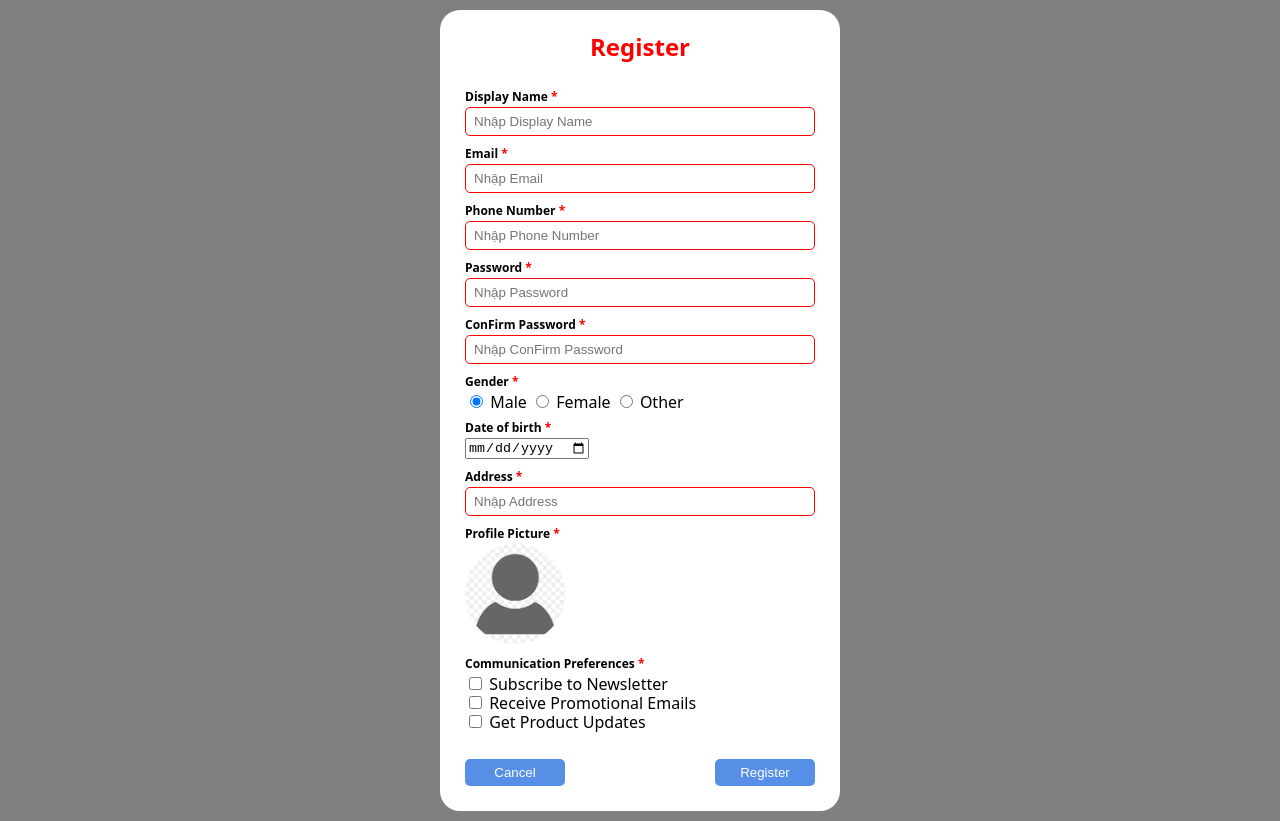
Repository: doanhieu0707/Homework-Day-5
Page: form-interactive.html
These files come from the project's save history. The page is drawn as it stood at one moment and after the next save; the edit follows.
The browser window is 1280 px wide. The pictures show the whole page.

Above is the page before, as saved 2026-04-02 14:50:49.

### form-interactive.html
<!doctype html>
<html lang="en">
    <head>
        <meta charset="UTF-8" />
        <meta name="viewport" content="width=device-width, initial-scale=1.0" />
        <link rel="stylesheet" href="./css/reset.css" />
        <link rel="stylesheet" href="./css/style.css" />
        <title>Register</title>
    </head>
    <body>
        <form action="" class="form">
            <h1 class="form-heading">Register</h1>
            <div class="form-group">
                <label for="display-name" class="form-label"
                    >Display Name</label
                >
                <input
                    class="form-input"
                    type="text"
                    id="display-name"
                    placeholder="Nhập Display Name"
                    required
                />
            </div>
            <div class="form-group">
                <label for="email" class="form-label">Email</label>
                <input
                    class="form-input"
                    type="email"
                    id="email"
                    placeholder="Nhập Email"
                    required
                />
            </div>
            <div class="form-group">
                <label for="phone-number" class="form-label"
                    >Phone Number</label
                >
                <input
                    class="form-input"
                    type="phone"
                    id="phone-number"
                    placeholder="Nhập Phone Number"
                    required
                />
            </div>
            <div class="form-group">
                <label for="password" class="form-label">Password</label>
                <input
                    class="form-input"
                    type="password"
                    id="password"
                    placeholder="Nhập Password"
                    required
                />
            </div>
            <div class="form-group">
                <label for="confirm-password" class="form-label"
                    >ConFirm Password</label
                >
                <input
                    class="form-input"
                    type="password"
                    id="confirm-password"
                    placeholder="Nhập ConFirm Password"
                    required
                />
            </div>
            <div class="form-group">
                <label class="form-label">Gender</label>
                <label>
                    <input type="radio" name="gender" value="male" checked/>
                    Male
                </label>
                <label>
                    <input type="radio" name="gender" value="female"/> Female
                </label>
                <label>
                    <input type="radio" name="gender" value="other"/> Other
                </label>
            </div>
            <div class="form-group">
                <label for="date-of-birth" class="form-label">
                    Date of birth
                </label>
                <input type="date" id="date-of-birth" />
            </div>
            <div class="form-group">
                <label for="address" class="form-label">Address</label>
                <input
                    class="form-input"
                    type="text"
                    id="address"
                    placeholder="Nhập Address"
                    required
                />
            </div>
            <div class="form-group">
                <label for="profile-picture" class="form-label"
                    >Profile Picture</label
                >
                <label for="profile-picture" class="form-avatar">
                    <img src="./img/images.png" alt="avatar" class="avatar" />
                </label>
                <input type="file" id="profile-picture" hidden />
            </div>
            <div class="form-group">
                <label class="form-label">Communication Preferences</label>
                <div class="form-options">
                    <label>
                        <input type="checkbox" name="option" /> Subscribe to
                        Newsletter
                    </label>
                    <label>
                        <input type="checkbox" name="option" /> Receive
                        Promotional Emails
                    </label>
                    <label>
                        <input type="checkbox" name="option" /> Get Product
                        Updates
                    </label>
                </div>
            </div>
            <div class="form-group form-footer">
                <button class="btn">Cancel</button>
                <button class="btn">Register</button>
            </div>
        </form>
    </body>
</html>

### css/style.css
* {
    box-sizing: border-box;
}

body {
    background-color: gray;
    font-family:
        system-ui,
        -apple-system,
        BlinkMacSystemFont,
        "Segoe UI",
        Roboto,
        Oxygen,
        Ubuntu,
        Cantarell,
        "Fira Sans",
        "Droid Sans",
        "Helvetica Neue",
        sans-serif;
}

/* ===== Menu ===== */
.menu {
    display: flex;
    align-items: center;
    justify-content: center;
    padding: 0 45px;
    font-size: 0;
    background-color: #3e5cca;
}

.menu li {
    display: inline-block;
    position: relative;
}

.menu li::before {
    content: "";
    position: absolute;
    left: 0;
    top: 0;
    width: 1px;
    height: 100%;
    background-color: #2d4db7;
}

.menu li:first-child::before {
    display: none;
}

.menu li a {
    display: inline-block;
    color: white;
    font-size: 16px;
    padding: 21px;
    text-decoration: none;
}

.menu li a::before {
    content: "\25B6";
    margin-right: 6px;
    font-size: 10px;
}

.menu li:hover > a {
    background-color: pink;
    color: #3e5cca;
}

.menu li a:focus,
.menu li a:target {
    background-color: blueviolet;
    color: red;
}

/* ===== Form ===== */
.form {
    max-width: 400px;
    padding: 25px;
    margin: 10px auto;
    border-radius: 20px;
    background-color: #fff;
}

.form-heading {
    margin-bottom: 32px;
    text-align: center;
    font-size: 24px;
    font-weight: bold;
    color: red;
}

.form-label {
    display: block;
    margin: 12px 0 4px;
    font-weight: 600;
    font-size: 12px;
}

.form-label::after {
    content: " *";
    color: red;
}

.form-input {
    width: 100%;
    padding: 6px 8px;
    border: 1px solid gray;
    border-radius: 5px;
    outline: none;
}

.form-input:focus {
    border-color: blueviolet;
}

.form-input:invalid {
    border-color: red;
}

.avatar {
    width: 100px;
    height: 100px;
    cursor: pointer;
    border-radius: 50%;
}

.form-options label {
    display: block;
}

.form-footer {
    display: flex;
    margin-top: 28px;
    justify-content: space-between;
}

.btn {
    display: inline-block;
    padding: 6px 16px;
    border-radius: 5px;
    min-width: 100px;
    text-align: center;
    border: none;
    background: rgb(87, 142, 230);
    color: white;
    cursor: pointer;
}

.btn:hover {
    background: #3e5cca;
}

.btn:active {
    transform: scale(0.95);
}

/* =====  */

Loaded but not shown: css/reset.css (common file)

After the next save:
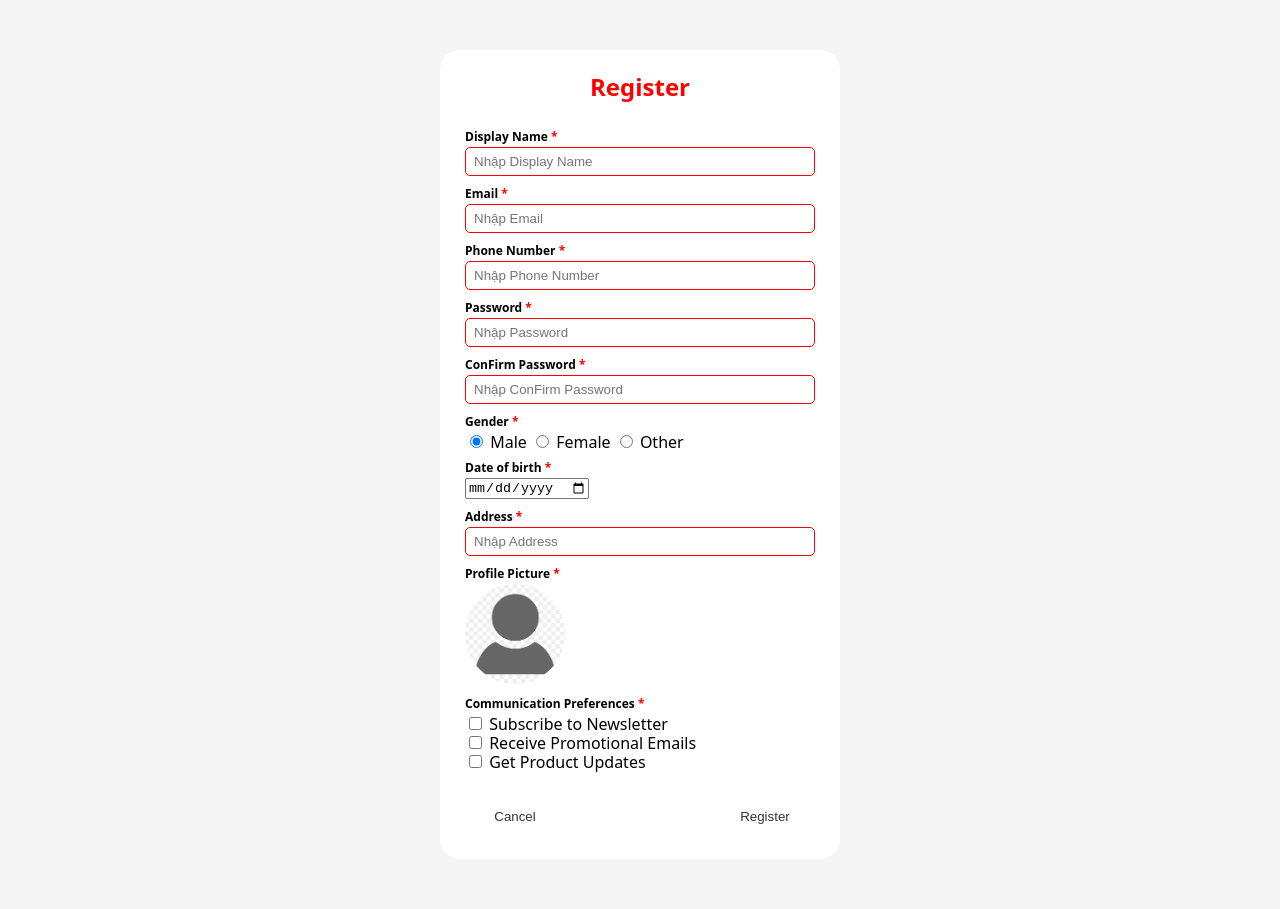
Saved 4 s later.
--- a/css/style.css
+++ b/css/style.css
@@ -156,3 +156,85 @@ body {
 }
 
 /* =====  */
+body {
+    background: #f5f5f5;
+    padding: 40px;
+}
+
+/* container */
+.pricing {
+    display: flex;
+    justify-content: center;
+    gap: 30px;
+}
+
+/* card */
+.pricing-item {
+    width: 260px;
+    padding: 30px 20px;
+    border-radius: 20px;
+    background: linear-gradient(135deg,#3f2bff,#5f5bff);
+    color: white;
+    text-align: center;
+    transition: 0.3s;
+}
+
+/* hover nổi lên */
+.pricing-item:hover {
+    transform: translateY(-10px);
+    box-shadow: 0 15px 30px rgba(0,0,0,0.2);
+}
+
+/* gói giữa nổi bật */
+.pricing-item:nth-child(2) {
+    transform: scale(1.05);
+    box-shadow: 0 15px 30px rgba(0,0,0,0.3);
+}
+
+/* title */
+.pricing-title {
+    font-size: 18px;
+    margin-bottom: 10px;
+}
+
+/* price */
+.pricing-price {
+    font-size: 32px;
+    font-weight: bold;
+    margin-bottom: 20px;
+}
+
+/* list */
+.pricing-list {
+    list-style: none;
+    text-align: left;
+    margin-bottom: 20px;
+}
+
+.pricing-list li {
+    margin: 10px 0;
+    padding-left: 20px;
+    position: relative;
+}
+
+/* icon ✓ */
+.pricing-list li::before {
+    content: "✓";
+    position: absolute;
+    left: 0;
+    color: #fff;
+}
+
+/* button */
+.btn {
+    padding: 10px 20px;
+    border-radius: 8px;
+    border: none;
+    background: #fff;
+    color: #333;
+    cursor: pointer;
+}
+
+.btn:hover {
+    background: #eee;
+}
